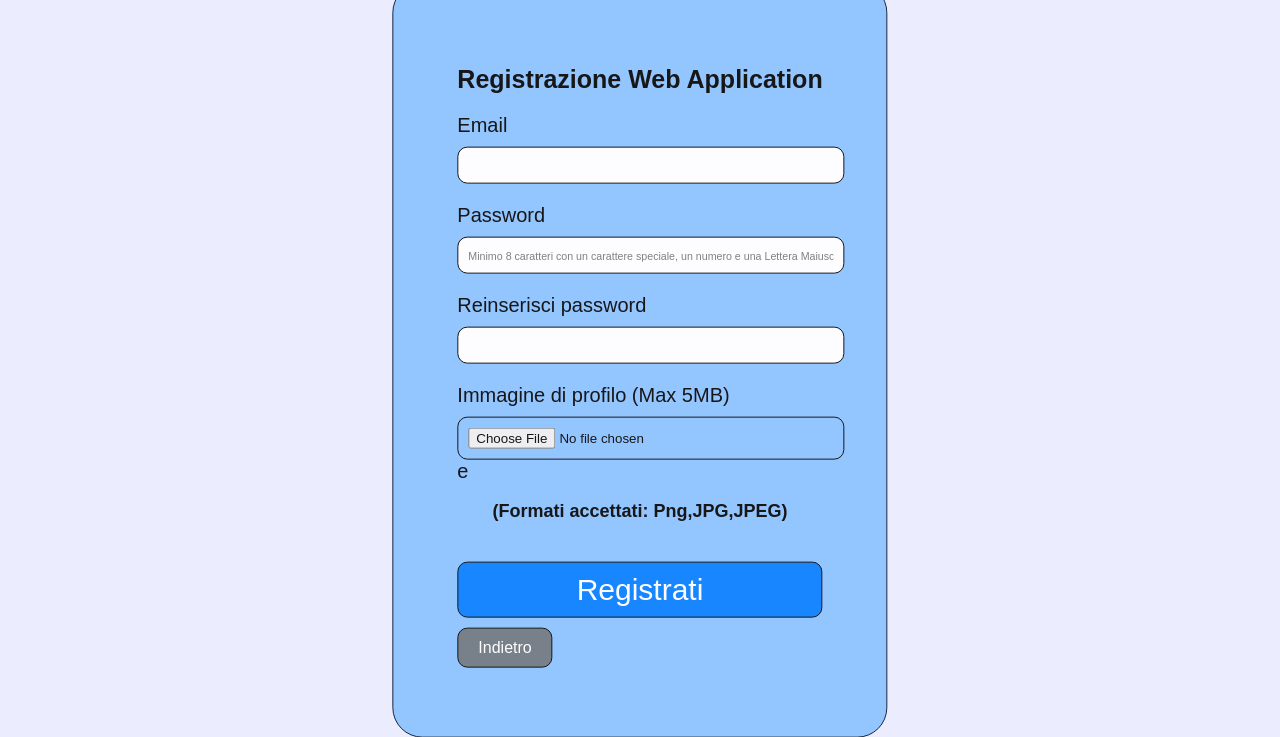
Repository: GabrielCellammare/WebApplication-SA-CyberSecurity
Page: http://localhost/WebProject-CellammareGabriel_ApplicationSecurity_/userNotLoggedRegistration.jsp
These files come from the project's save history. The page is drawn as it stood at one moment and after the next save; the edit follows.
The browser window is 1280 px wide. The pictures show the whole page.
The page is served by Tomcat 9. Nobody is signed in. The application's start-up code is not run.

Above is the page before, as saved 2024-03-10 16:58:54.

After the next save:
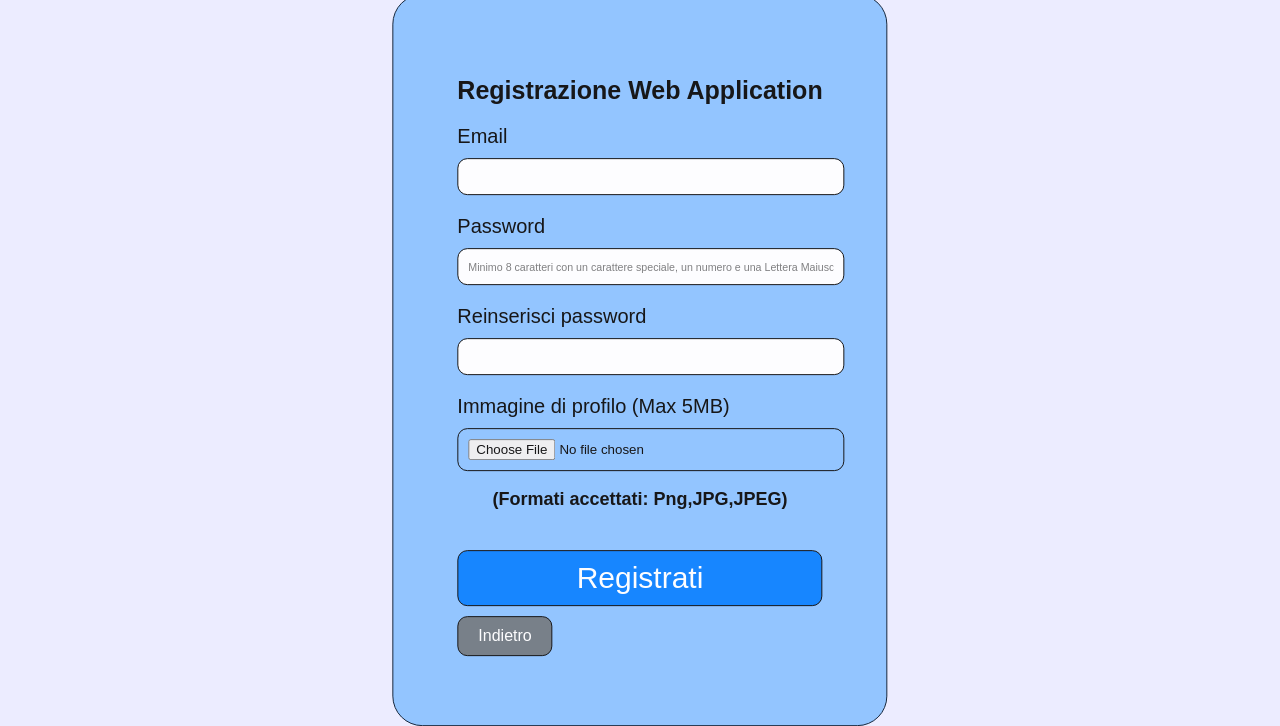
Saved 3 min 8 s later.
--- a/WebProject-CellammareGabriel(ApplicationSecurity)/WebContent/userNotLoggedRegistration.jsp
+++ b/WebProject-CellammareGabriel(ApplicationSecurity)/WebContent/userNotLoggedRegistration.jsp
@@ -27,7 +27,7 @@
                 </div>
                 <div class="field">
                     <label for="image">Immagine di profilo (Max 5MB)</label>
-                    <input type="file" name="profileImage" id="profileImage" required>e
+                    <input type="file" name="profileImage" id="profileImage" required>
                     <p>(Formati accettati: Png,JPG,JPEG)</p>
                 </div>
                 <input type="submit" value="Registrati">
